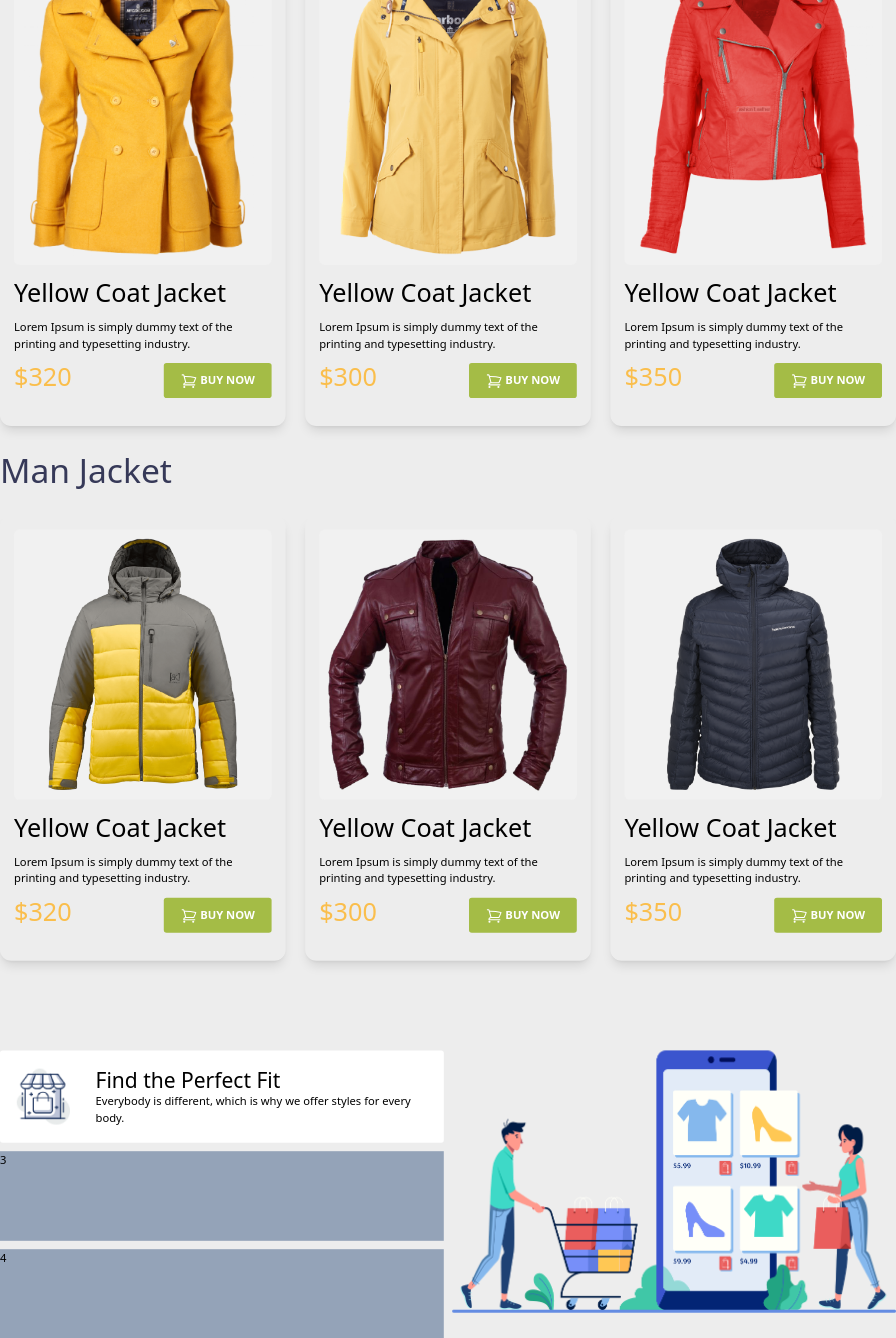
Repository: zjria/penguin-e-commerce-fashion
Page: index.html
These files come from the project's save history. The page is drawn as it stood at one moment and after the next save; the edit follows.
The browser window is 1280 px wide. The pictures show the part of the page from y = 982 to 2902 px (the page is 2894 px tall before and 2902 px after), at 70% of full size.
Some web libraries are served in a nearby version.

Above is the page before, as saved 2022-10-07 09:58:30.

After the next save:
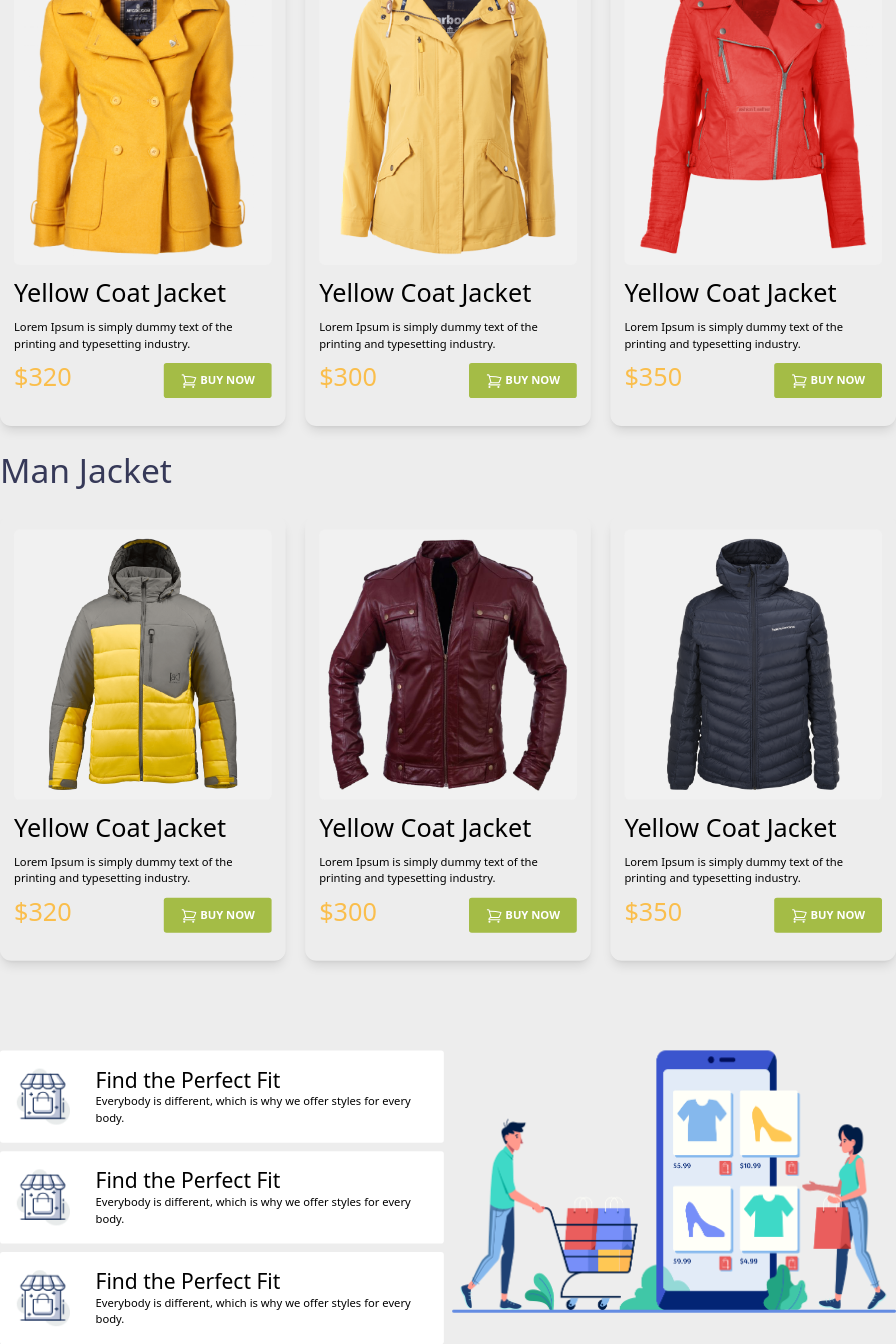
Saved 69 s later.
--- a/index.html
+++ b/index.html
@@ -231,8 +231,22 @@
                 <div class="row-span-3">
                     <img src="images/shopping.png" alt="">
                 </div>
-                <div class="h-32 bg-slate-400">3</div>
-                <div class="h-32 bg-slate-400">4</div>
+                <div class="bg-white rounded flex p-6 justify-center items-center">
+                    <img class="w-20 h-20" src="images/house.png" alt="">
+                    <div class="text pl-9">
+                        <h4 class="text-3xl">Find the Perfect Fit</h4>
+                        <p>Everybody is different, which is why we
+                            offer styles for every body.</p>
+                    </div>
+                </div>
+                <div class="bg-white rounded flex p-6 justify-center items-center">
+                    <img class="w-20 h-20" src="images/house.png" alt="">
+                    <div class="text pl-9">
+                        <h4 class="text-3xl">Find the Perfect Fit</h4>
+                        <p>Everybody is different, which is why we
+                            offer styles for every body.</p>
+                    </div>
+                </div>
             </div>
         </section>
     </main>
